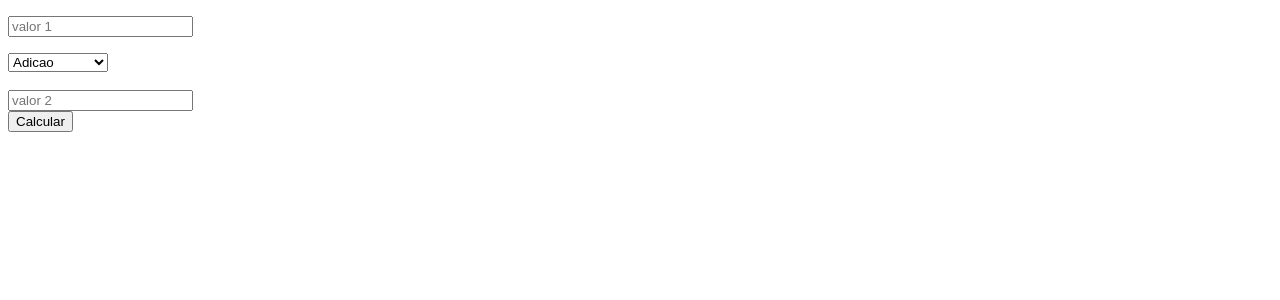
Repository: Marcelinalima/Java_JSP
Page: Execicios_JSP/src/main/webapp/calculadora.html
The author's editor kept a copy of each file at every save. The page is drawn from the files as they stood at one save, then again after the next save.
The browser window is 1280 px wide. The pictures show the whole page.

Above is the page before, as saved 2023-04-17 00:06:42.

After the next save:
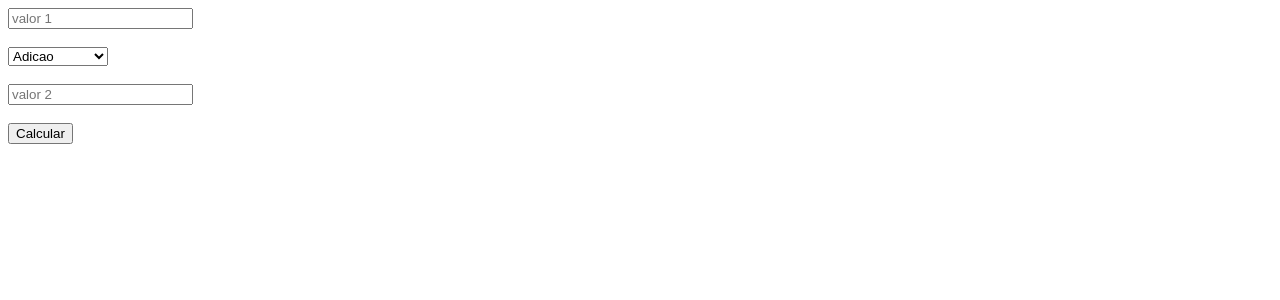
Saved 11 h 43 min later.
--- a/Execicios_JSP/src/main/webapp/calculadora.html
+++ b/Execicios_JSP/src/main/webapp/calculadora.html
@@ -3,25 +3,30 @@
 
 	<head>
 		<meta charset="UTF-8">
-		<title>Insert title here</title>
+		<title>CalculadoraVirtual</title>
 		<meta name="viewport" content="width=divece-width, initial -scale-1.0">
 	</head>
 	<body>
+	    <div class = "container'>
 
-         <form action "/Exercicios_JSP/saida.jsp"  method="post">
+	      <h1>Calculadora Virtual</h1>
 
-        <p><input type="text" name="valor1" value="" placeholder= "valor 1"<br><br></p>
-              <select name="operação">
+	      <form action= /Exercicios_JSP/saida.jsp"  method="post">
+
+                 <input type="number" name="valor1" value="" placeholder= "valor 1" required><br><br>
+                  <select name="operação">
                   <option value="adicao">Adicao</option>
                   <option value="subtração">Subtração</option>
                   <option value="multiplicação">Multiplicação</option>
                   <option value="divisão">Divisão</option>
                </select><br><br>
 
-              <input type="text" name="valor2" value=""placeholder= "valor 2"<br><br>
+              <input type="text" name="valor2" value=""placeholder= "valor 2"required><br><br>
 
-              <input type="submit" name="bt" value="Calcular"<br><br>
+              <input type="submit" name="bt" value="Calcular"><br><br>
 
           </form>
-</body>
+	    </div>
+
+
 </html>
